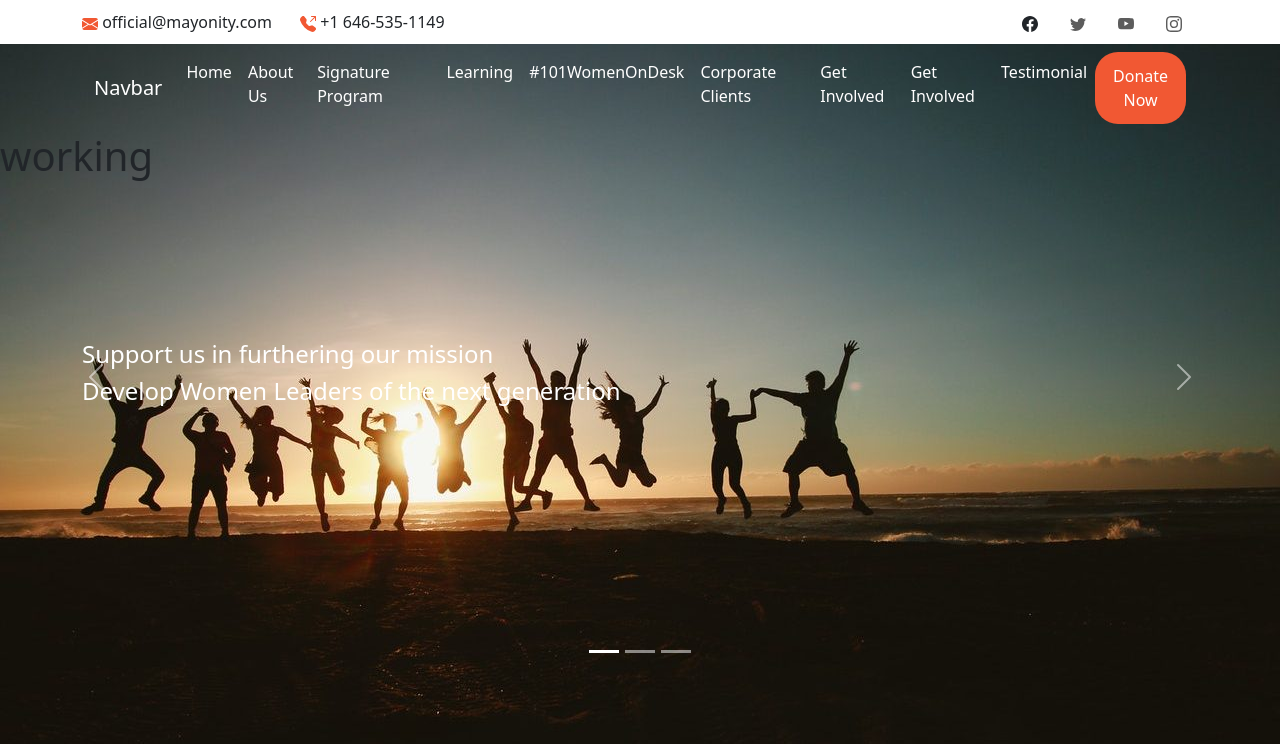
Repository: rizwan-zafar/wings
Page: /
An editor plug-in stored every save of this project. The page is shown before and after a run of saves, followed by the edit.
The browser window is 1280 px wide. The pictures show the whole page.
The project was rebuilt for these pictures with package versions that can differ from the ones it lists, and the page was loaded fresh each time.

Above is the page before, as saved 2022-11-26 22:28:10.

### public/index.html
<!DOCTYPE html>
<html lang="en">
  <head>
    <meta charset="utf-8" />
    <link rel="icon" href="%PUBLIC_URL%/favicon.ico" />
    <meta name="viewport" content="width=device-width, initial-scale=1" />
    <meta name="theme-color" content="#000000" />
    <meta
      name="description"
      content="Web site created using create-react-app"
    />
    <link rel="apple-touch-icon" href="%PUBLIC_URL%/logo192.png" />
    <!--
      manifest.json provides metadata used when your web app is installed on a
      user's mobile device or desktop. See https://developers.google.com/web/fundamentals/web-app-manifest/
    -->
    <link rel="manifest" href="%PUBLIC_URL%/manifest.json" />
    <!--
      Notice the use of %PUBLIC_URL% in the tags above.
      It will be replaced with the URL of the `public` folder during the build.
      Only files inside the `public` folder can be referenced from the HTML.

      Unlike "/favicon.ico" or "favicon.ico", "%PUBLIC_URL%/favicon.ico" will
      work correctly both with client-side routing and a non-root public URL.
      Learn how to configure a non-root public URL by running `npm run build`.
    -->
    <title>Wings</title>
  </head>
  <body>
    <noscript>You need to enable JavaScript to run this app.</noscript>
    <div id="root"></div>
    <!--
      This HTML file is a template.
      If you open it directly in the browser, you will see an empty page.

      You can add webfonts, meta tags, or analytics to this file.
      The build step will place the bundled scripts into the <body> tag.

      To begin the development, run `npm start` or `yarn start`.
      To create a production bundle, use `npm run build` or `yarn build`.
    -->
  </body>
</html>

### src/index.js
import React from 'react';
import ReactDOM from 'react-dom/client';
import './index.css';
import App from './App';
import "../node_modules/bootstrap/dist/css/bootstrap.min.css"
import "../node_modules/bootstrap/dist/js/bootstrap.min.js"

const root = ReactDOM.createRoot(document.getElementById('root'));
root.render(
  <React.StrictMode>
    <App />
  </React.StrictMode>
);

// If you want to start measuring performance in your app, pass a function
// to log results (for example: reportWebVitals(console.log))
// or send to an analytics endpoint. Learn more: https://bit.ly/CRA-vitals

### src/index.css
html {
  margin: 0;
  padding: 0;
  font-family: -apple-system, BlinkMacSystemFont, 'Segoe UI', 'Roboto', 'Oxygen',
    'Ubuntu', 'Cantarell', 'Fira Sans', 'Droid Sans', 'Helvetica Neue',
    sans-serif;
  -webkit-font-smoothing: antialiased;
  -moz-osx-font-smoothing: grayscale;
}
.icons{
  color:#f15833 ;
}
.social-icons{
  color:#000000a3
}

### src/App.js
import Home from "./Pages/Home"
function App() {
  return (

    <>
      <Home />
    </>

  );
}

export default App;

### src/Pages/Home.js
import React from 'react'
import TopNavbar from "../Components/Topnavbar"
// import Navbar from "../Components/Navbar"
import Slider from "../Components/Slider"
export default function Home() {
    return (
        <div>
            <TopNavbar />
            {/* <Navbar /> */}
            <Slider />
        </div>
    )
}

### src/Components/Topnavbar.js
import React from 'react'
import "../Css/Topnav.css"
import { EnvelopeFill, TelephoneOutboundFill, Twitter, Youtube, Instagram, Facebook } from "react-bootstrap-icons"
export default function Topnavbar() {
    return (
        <div className="top-bar container d-flex justify-content-between">
            <div>
                <span> <EnvelopeFill className="icons" /> official@mayonity.com</span>
                <span className="set-padding p-4"> <TelephoneOutboundFill className="icons ml-3" /> +1 646-535-1149</span>
            </div>
            <div>
                <span className="p-3 social-icons-"><Facebook /></span>
                <span className="p-3 social-icons"><Twitter /></span>
                <span className="p-3 social-icons"><Youtube /></span>
                <span className="p-3 social-icons"><Instagram /></span>
            </div>
        </div>
    )
}

### src/Components/Slider.js
import React from 'react'
import "../Css/Slider.css"
import Navbar from "../Components/Navbar"
export default function Slider() {
    return (
        <div className="set-slider">
            <Navbar />
            <h1>working</h1>
            <div id="carouselExampleCaptions" className=" carousel slide" data-bs-ride="false">
                <div className="carousel-indicators">
                    <button type="button" data-bs-target="#carouselExampleCaptions" data-bs-slide-to="0" className="active" aria-current="true" aria-label="Slide 1"></button>
                    <button type="button" data-bs-target="#carouselExampleCaptions" data-bs-slide-to="1" aria-label="Slide 2"></button>
                    <button type="button" data-bs-target="#carouselExampleCaptions" data-bs-slide-to="2" aria-label="Slide 3"></button>
                </div>
                <div className="carousel-inner container">
                    <div className="carousel-item active">
                        {/* <img src="https://thumbs.dreamstime.com/b/happy-active-kids-group-six-boys-team-sitting-grass-balls-smiling-sunny-summer-day-33824066.jpg" className="d-block w-100" alt="..." /> */}
                        <div>
                            <h4>Support us in furthering our mission</h4>
                            <h4><span>Develop Women Leaders</span> of the next generation</h4>
                        </div>
                    </div>
                </div>
                <div>
                    <button className="carousel-control-prev" type="button" data-bs-target="#carouselExampleCaptions" data-bs-slide="prev">
                        <span className="carousel-control-prev-icon" aria-hidden="true"></span>
                        <span className="visually-hidden">Previous</span>
                    </button>
                    <button className="carousel-control-next" type="button" data-bs-target="#carouselExampleCaptions" data-bs-slide="next">
                        <span className="carousel-control-next-icon" aria-hidden="true"></span>
                        <span className="visually-hidden">Next</span>
                    </button>
                </div>
            </div>
        </div>
    )
}

### src/Css/Topnav.css
.top-bar{
background-color: #fff;
padding: 10px;
}
.nav-container .btn
{
    background: #f15833;
    border-radius: 23px;
    color: white;
    padding: 11px;
    font-weight: 500;
}
 .nav-container nav ul li a
{
    color:  white;
}

### src/Css/Slider.css
.set-slider{
    background-image: url("/public/Images/header.jpg");
    background-size: cover;
    background-repeat: no-repeat;
    height: 700px;
}
.set-slider .carousel-indicators{
    top:300px
}
.set-slider .carousel-inner
{
     margin-top: 160px;
     color:white
}

### src/Components/Navbar.js
import React from 'react'

export default function Navbar() {
    return (
        <div className="nav-container container">
        <nav className="navbar navbar-expand-lg navbar-dark">
  <div className="container-fluid">
    <a className="navbar-brand" href="/">Navbar</a>
    <button className="navbar-toggler" type="button" data-bs-toggle="collapse" data-bs-target="#navbarNav" aria-controls="navbarNav" aria-expanded="false" aria-label="Toggle navigation">
      <span className="navbar-toggler-icon"></span>
    </button>
    <div className="collapse navbar-collapse" id="navbarNav">
      <ul className="navbar-nav ms-auto">
        <li className="nav-item">
          <a className="nav-link active" aria-current="page" href="/">Home</a>
        </li>
        <li className="nav-item">
          <a className="nav-link" href="/">About Us</a>
        </li>
        <li className="nav-item">
          <a className="nav-link" href="/">Signature Program</a>
        </li>
        <li className="nav-item">
          <a className="nav-link" href="/">Learning</a>
        </li>
        <li className="nav-item">
          <a className="nav-link" href="/">#101WomenOnDesk</a>
        </li>
        <li className="nav-item">
          <a className="nav-link" href="/">Corporate Clients</a>
        </li>
        <li className="nav-item">
          <a className="nav-link" href="/">Get Involved</a>
        </li>
        <li className="nav-item">
          <a className="nav-link" href="/">Get Involved</a>
        </li>
        <li className="nav-item">
          <a className="nav-link" href="/">Testimonial</a>
        </li>
        <li className="nav-item">
          <a className="nav-link btn " href="/">Donate Now</a>
        </li>

      </ul>
    </div>
  </div>
</nav>
        </div>
    )
}

After the next 6 saves:
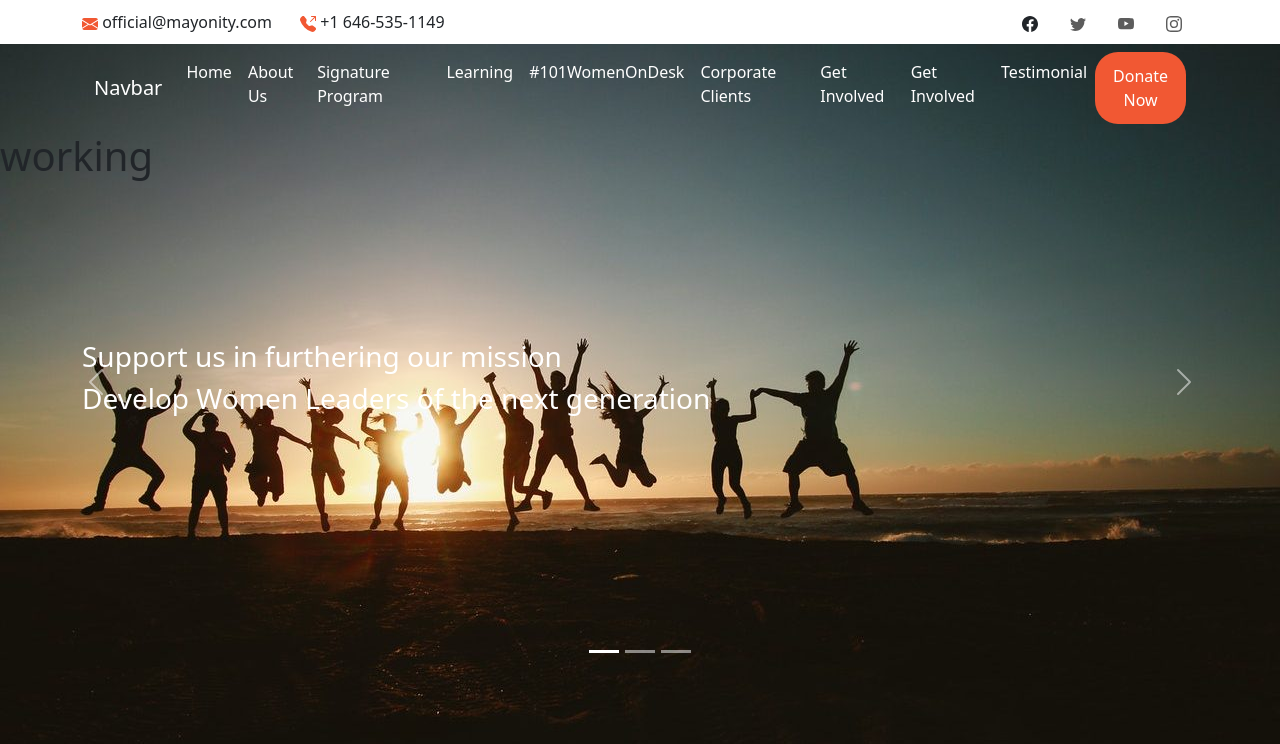
The 6 saves are shown as one change because 1 did not build or start and some came seconds apart.
The last was saved 19 s later.
--- a/src/Components/Slider.js
+++ b/src/Components/Slider.js
@@ -16,8 +16,8 @@ export default function Slider() {
                     <div className="carousel-item active">
                         {/* <img src="https://thumbs.dreamstime.com/b/happy-active-kids-group-six-boys-team-sitting-grass-balls-smiling-sunny-summer-day-33824066.jpg" className="d-block w-100" alt="..." /> */}
                         <div>
-                            <h4>Support us in furthering our mission</h4>
-                            <h4><span>Develop Women Leaders</span> of the next generation</h4>
+                            <h3>Support us in furthering our mission</h3>
+                            <h3><span>Develop Women Leaders</span> of the next generation</h3>
                         </div>
                     </div>
                 </div>
